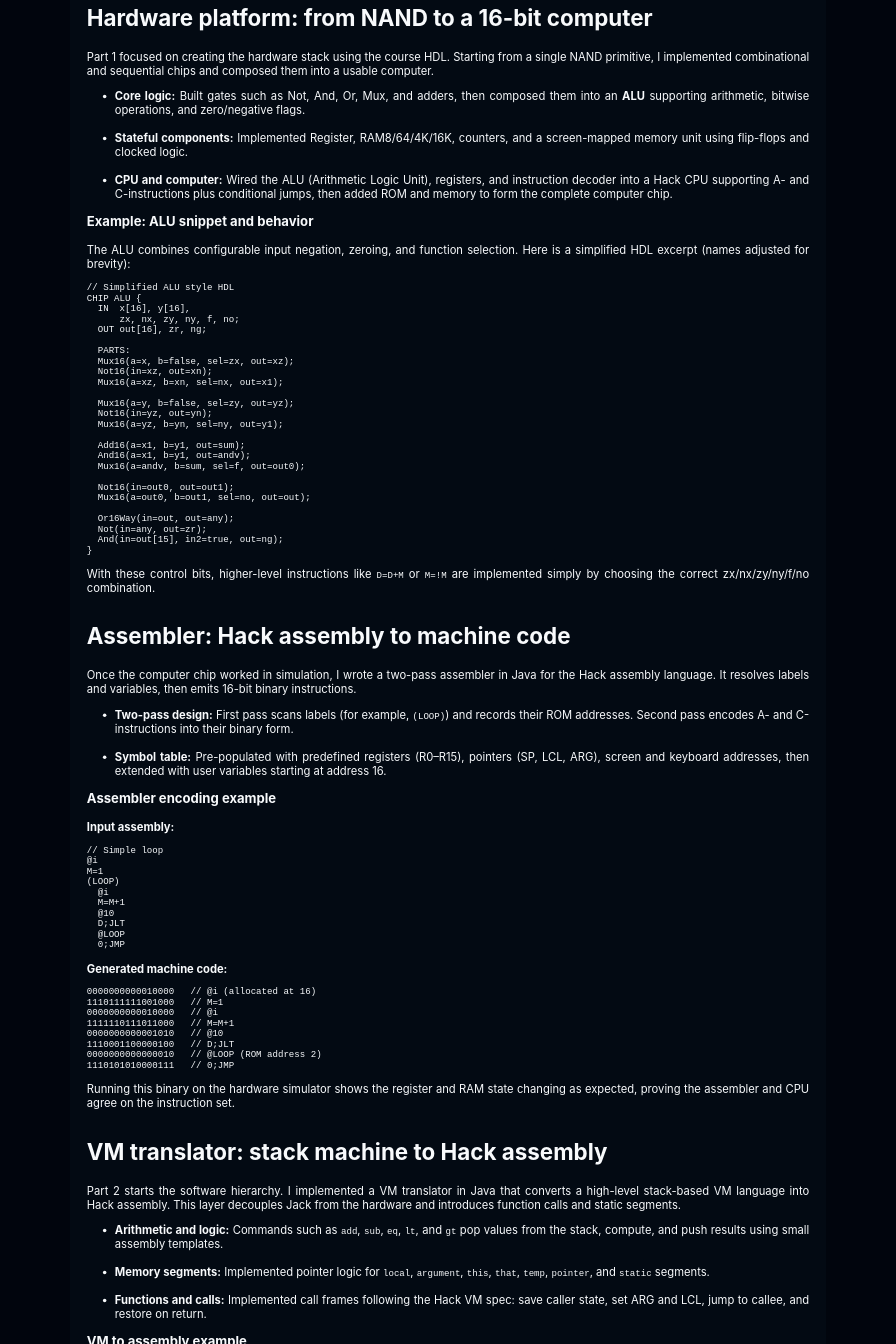
Repository: Abdulaziz-04/Abdulaziz-04.github.io
Page: deepdives/backend_systems/nand2tetris/nand2tetris.html
The author's editor kept a copy of each file at every save. The page is drawn from the files as they stood at one save, then again after the next save.
The browser window is 1280 px wide. The pictures show the part of the page from y = 1438 to 3358 px (the page is 5911 px tall before and 5931 px after), at 70% of full size.

Above is the page before, as saved 2025-11-20 17:42:35.

### deepdives/backend_systems/nand2tetris/nand2tetris.html
<!DOCTYPE html>
<html lang="en">
  <head>
    <meta charset="UTF-8" />
    <meta name="viewport" content="width=device-width, initial-scale=1" />
    <title>
      From Nand to Tetris: Building a Computer and Compiler from Scratch
    </title>
    <link rel="stylesheet" href="../../../assets/css/styles.css" />
  </head>

  <body class="project-detail-page">
    <header class="detail-hero">
      <a
        class="category-back"
        href="../../../projects/compiler-blockchain.html"
      >
        &larr; Back to Projects
      </a>

      <p class="category-pill">Backend &amp; Distributed Logic</p>
      <br />
      <h1>
        From Nand to Tetris: Building a Computer and Compiler from Scratch
      </h1>

      <p class="detail-summary">
        <b>
          Two–part systems project where I built a full 16-bit computer,
          assembler, virtual machine, and compiler from primitive NAND gates.
          The stack ends in a high-level language called Jack that runs on the
          hardware I designed.
        </b>
      </p>

      <p class="detail-summary">
        I completed all projects for both Coursera courses
        <i>“Build a Modern Computer from First Principles: Part 1 and Part 2”</i
        >, submitted every assignment, scored <b>98%</b> overall, and earned
        both certifications.
      </p>

      <ul class="detail-meta">
        <br />
        <li>
          <strong>Tech Stack:</strong>
          Hardware Description Language (HDL), Hack assembly, Jack language,
          Java (assembler, VM translator, compiler), shell tooling, hardware and
          VM emulators
        </li>
      </ul>
    </header>

    <main class="section detail-content">
      <!-- HERO IMAGE -->
      <section class="detail-section detail-hero-gif">
        <figure class="gallery-item gallery-item--wide">
          <img
            src="./images/nand2tetris_intro.png"
            alt="Hardware and software hierarchy from NAND gate up to high level language"
          />
          <figcaption style="text-align: center">
            The full stack I implemented: from a single NAND gate to logic
            chips, CPU, assembler, VM, and Jack compiler running user programs.
          </figcaption>
        </figure>
      </section>

      <!-- QUICK INSIGHTS -->
      <section class="detail-section">
        <h2>Quick insights</h2>
        <ul class="psr-list">
          <li>
            <strong>Goal:</strong>
            Design a full computer system from the logic-gate level and build a
            usable high-level language (Jack) plus a compiler and toolchain that
            runs games and apps on that hardware.
          </li>
          <br />
          <li>
            <strong>Scope:</strong>
            Implemented over <b>30+</b> hardware chips in HDL, a
            <b>16-bit Hack CPU and memory system</b>, a two-stage software stack
            (assembler and VM translator), and a multi-pass Jack compiler.
          </li>
          <br />
          <li>
            <strong>Outcome:</strong>
            The final system runs full Jack programs such as Tetris and a simple
            operating system (arrays, math library, memory manager), compiled by
            my Java tools down to Hack machine language that executes on the
            hardware I built.
          </li>
        </ul>
      </section>

      <!-- HARDWARE PLATFORM -->
      <section class="detail-section">
        <h2>Hardware platform: from NAND to a 16-bit computer</h2>
        <p>
          Part 1 focused on creating the hardware stack using the course HDL.
          Starting from a single NAND primitive, I implemented combinational and
          sequential chips and composed them into a usable computer.
        </p>

        <ul>
          <li>
            <b>Core logic:</b> Built gates such as Not, And, Or, Mux, and
            adders, then composed them into an <b>ALU</b> supporting arithmetic,
            bitwise operations, and zero/negative flags.
          </li>
          <br />
          <li>
            <b>Stateful components:</b> Implemented Register, RAM8/64/4K/16K,
            counters, and a screen-mapped memory unit using flip-flops and
            clocked logic.
          </li>
          <br />
          <li>
            <b>CPU and computer:</b> Wired the ALU (Arithmetic Logic Unit),
            registers, and instruction decoder into a Hack CPU supporting A- and
            C-instructions plus conditional jumps, then added ROM and memory to
            form the complete computer chip.
          </li>
        </ul>

        <h3>Example: ALU snippet and behavior</h3>
        <p>
          The ALU combines configurable input negation, zeroing, and function
          selection. Here is a simplified HDL excerpt (names adjusted for
          brevity):
        </p>

        <pre><code>// Simplified ALU style HDL
CHIP ALU {
  IN  x[16], y[16],
      zx, nx, zy, ny, f, no;
  OUT out[16], zr, ng;

  PARTS:
  Mux16(a=x, b=false, sel=zx, out=xz);
  Not16(in=xz, out=xn);
  Mux16(a=xz, b=xn, sel=nx, out=x1);

  Mux16(a=y, b=false, sel=zy, out=yz);
  Not16(in=yz, out=yn);
  Mux16(a=yz, b=yn, sel=ny, out=y1);

  Add16(a=x1, b=y1, out=sum);
  And16(a=x1, b=y1, out=andv);
  Mux16(a=andv, b=sum, sel=f, out=out0);

  Not16(in=out0, out=out1);
  Mux16(a=out0, b=out1, sel=no, out=out);

  Or16Way(in=out, out=any);
  Not(in=any, out=zr);
  And(in=out[15], in2=true, out=ng);
}</code></pre>

        <p>
          With these control bits, higher-level instructions like
          <code>D=D+M</code> or <code>M=!M</code> are implemented simply by
          choosing the correct zx/nx/zy/ny/f/no combination.
        </p>
      </section>

      <!-- ASSEMBLER -->
      <section class="detail-section">
        <h2>Assembler: Hack assembly to machine code</h2>
        <p>
          Once the computer chip worked in simulation, I wrote a two-pass
          assembler in Java for the Hack assembly language. It resolves labels
          and variables, then emits 16-bit binary instructions.
        </p>

        <ul>
          <li>
            <b>Two-pass design:</b> First pass scans labels (for example,
            <code>(LOOP)</code>) and records their ROM addresses. Second pass
            encodes A- and C-instructions into their binary form.
          </li>
          <br />
          <li>
            <b>Symbol table:</b> Pre-populated with predefined registers
            (R0–R15), pointers (SP, LCL, ARG), screen and keyboard addresses,
            then extended with user variables starting at address 16.
          </li>
        </ul>

        <h3>Assembler encoding example</h3>

        <div class="code-pair">
          <div>
            <p><b>Input assembly:</b></p>
            <pre><code>// Simple loop
@i
M=1
(LOOP)
  @i
  M=M+1
  @10
  D;JLT
  @LOOP
  0;JMP</code></pre>
          </div>

          <div>
            <p><b>Generated machine code:</b></p>
            <pre><code>0000000000010000   // @i (allocated at 16)
1110111111001000   // M=1
0000000000010000   // @i
1111110111011000   // M=M+1
0000000000001010   // @10
1110001100000100   // D;JLT
0000000000000010   // @LOOP (ROM address 2)
1110101010000111   // 0;JMP</code></pre>
          </div>
        </div>

        <p>
          Running this binary on the hardware simulator shows the register and
          RAM state changing as expected, proving the assembler and CPU agree on
          the instruction set.
        </p>
      </section>

      <!-- VM TRANSLATOR -->
      <section class="detail-section">
        <h2>VM translator: stack machine to Hack assembly</h2>
        <p>
          Part 2 starts the software hierarchy. I implemented a VM translator in
          Java that converts a high-level stack-based VM language into Hack
          assembly. This layer decouples Jack from the hardware and introduces
          function calls and static segments.
        </p>

        <ul>
          <li>
            <b>Arithmetic and logic:</b> Commands such as <code>add</code>,
            <code>sub</code>, <code>eq</code>, <code>lt</code>, and
            <code>gt</code> pop values from the stack, compute, and push results
            using small assembly templates.
          </li>
          <br />
          <li>
            <b>Memory segments:</b> Implemented pointer logic for
            <code>local</code>, <code>argument</code>, <code>this</code>,
            <code>that</code>, <code>temp</code>, <code>pointer</code>, and
            <code>static</code> segments.
          </li>
          <br />
          <li>
            <b>Functions and calls:</b> Implemented call frames following the
            Hack VM spec: save caller state, set ARG and LCL, jump to callee,
            and restore on return.
          </li>
        </ul>

        <h3>VM to assembly example</h3>

        <div class="code-pair">
          <div>
            <p><b>Input VM snippet:</b></p>
            <pre><code>function Simple.addTwo 0
push argument 0
push constant 2
add
return</code></pre>
          </div>
          <div>
            <p><b>Generated Hack assembly (excerpt):</b></p>
            <pre><code>// function Simple.addTwo 0
(Simple.addTwo)
  // push argument 0
  @ARG
  D=M
  @0
  A=D+A
  D=M
  @SP
  A=M
  M=D
  @SP
  M=M+1
  // push constant 2
  @2
  D=A
  @SP
  A=M
  M=D
  @SP
  M=M+1
  // add
  @SP
  M=M-1
  A=M
  D=M
  @SP
  M=M-1
  A=M
  M=M+D
  @SP
  M=M+1
  // return ...
</code></pre>
          </div>
        </div>

        <p>
          These templates are reused across all Jack programs, making the VM
          translator a key abstraction boundary between language and hardware.
        </p>
      </section>

      <!-- JACK COMPILER -->
      <section class="detail-section">
        <h2>Jack compiler: high-level language on custom hardware</h2>
        <p>
          The final stage was a full compiler pipeline for the Jack language,
          written in Java. Jack is a Java-like language with classes, methods,
          fields, arrays, and basic control flow. The compiler targets the stack
          VM, which my translator then lowers to Hack assembly.
        </p>

        <ul>
          <li>
            <b>Front-end:</b> A tokenizer converts characters into tokens
            (keywords, identifiers, symbols, integers, strings). A recursive
            descent parser (CompilationEngine) walks the grammar and emits VM
            commands while constructing and consulting symbol tables.
          </li>
          <br />
          <li>
            <b>Symbol tables:</b> Separate tables for class-level and subroutine
            scope track identifiers, their kind (field, static, local,
            argument), and index. This allows fields of each instance to map
            cleanly to memory segments.
          </li>
          <br />
          <li>
            <b>Code generation:</b> Control structures such as if/while use
            generated labels, while expressions and terms emit stack operations
            that match the VM semantics.
          </li>
        </ul>

        <h3>Example: compiling a Jack method</h3>

        <div class="code-pair">
          <div>
            <p><b>Input Jack code:</b></p>
            <pre><code>class Counter {
  field int value;

  method void inc(int delta) {
    let value = value + delta;
    return;
  }
}</code></pre>
          </div>
          <div>
            <p><b>Generated VM code:</b></p>
            <pre><code>// method Counter.inc 1
function Counter.inc 1
  // push this.value
  push argument 0     // this
  pop pointer 0       // this -> THIS
  push this 0
  // push delta
  push argument 1
  add
  pop this 0
  push constant 0
  return</code></pre>
          </div>
        </div>

        <p>
          Running this through the VM translator and assembler produces Hack
          machine code that manipulates the <code>value</code> field stored in
          the heap area controlled by the OS memory manager.
        </p>

        <h3>Example: parsing expressions in Java</h3>
        <p>
          The recursive descent compiler uses small focused methods that mirror
          the grammar. For example, expression compilation handles operator
          precedence and emits VM operations as it walks the parse tree.
        </p>

        <pre><code>// Simplified Java-style excerpt
private void compileExpression() {
  compileTerm();
  while (tokenIsOneOf("+", "-", "*", "/", "&amp;", "|", "&lt;", "&gt;", "=")) {
    String op = currentToken();
    advance();
    compileTerm();
    writeArithmetic(op);  // maps '+' to 'add', '&lt;' to 'lt', etc.
  }
}</code></pre>

        <p>
          This design keeps the compiler readable and makes it easy to trace
          from Jack source through VM and assembly when debugging.
        </p>
      </section>

      <!-- END-TO-END PIPELINE -->
      <section class="detail-section">
        <h2>End-to-end pipeline and final programs</h2>
        <p>
          With the full pipeline in place, I compiled and ran several Jack
          applications, including the supplied Tetris, a simple OS API, and my
          own small programs that manipulate memory, draw graphics, and handle
          keyboard input.
        </p>

        <ul>
          <li>
            <b>End-to-end flow:</b> Jack source → Java compiler → VM code → Java
            VM translator → Hack assembly → Java assembler → 16-bit machine code
            → executed on the computer built from NAND gates.
          </li>
          <br />
          <li>
            <b>Debugging:</b> Used the hardware and VM simulators to step
            through instructions, inspect RAM and stack, and validate that
            higher-level bugs were not caused by lower-level hardware mistakes.
          </li>
        </ul>
      </section>

      <!-- IMPACT & LEARNINGS -->
      <section class="detail-section detail-impact">
        <h2>Impact and learnings</h2>
        <ul>
          <li>
            <b>Systems thinking:</b> Gained a concrete understanding of how
            compilers, virtual machines, and hardware interact, instead of
            treating them as black boxes.
          </li>
          <br />
          <li>
            <b>Compiler and language design:</b> Implemented a real compiler
            front-end and back-end, including lexical analysis, parsing, symbol
            tables, and code generation for a custom language.
          </li>
          <br />
          <li>
            <b>Hardware intuition:</b> Designing the ALU, CPU, and memory from
            primitive gates sharpened my intuition for performance, instruction
            set design, and the cost of different operations.
          </li>
          <br />
          <li>
            <b>Reliability through abstraction:</b> Each layer (HDL chips,
            assembler, VM, compiler) had a clear contract and test suite, which
            made debugging manageable despite how much was built from scratch.
          </li>
        </ul>
      </section>
    </main>
  </body>
</html>

Loaded but not shown: assets/css/styles.css (941 lines, source omitted)

After the next save:
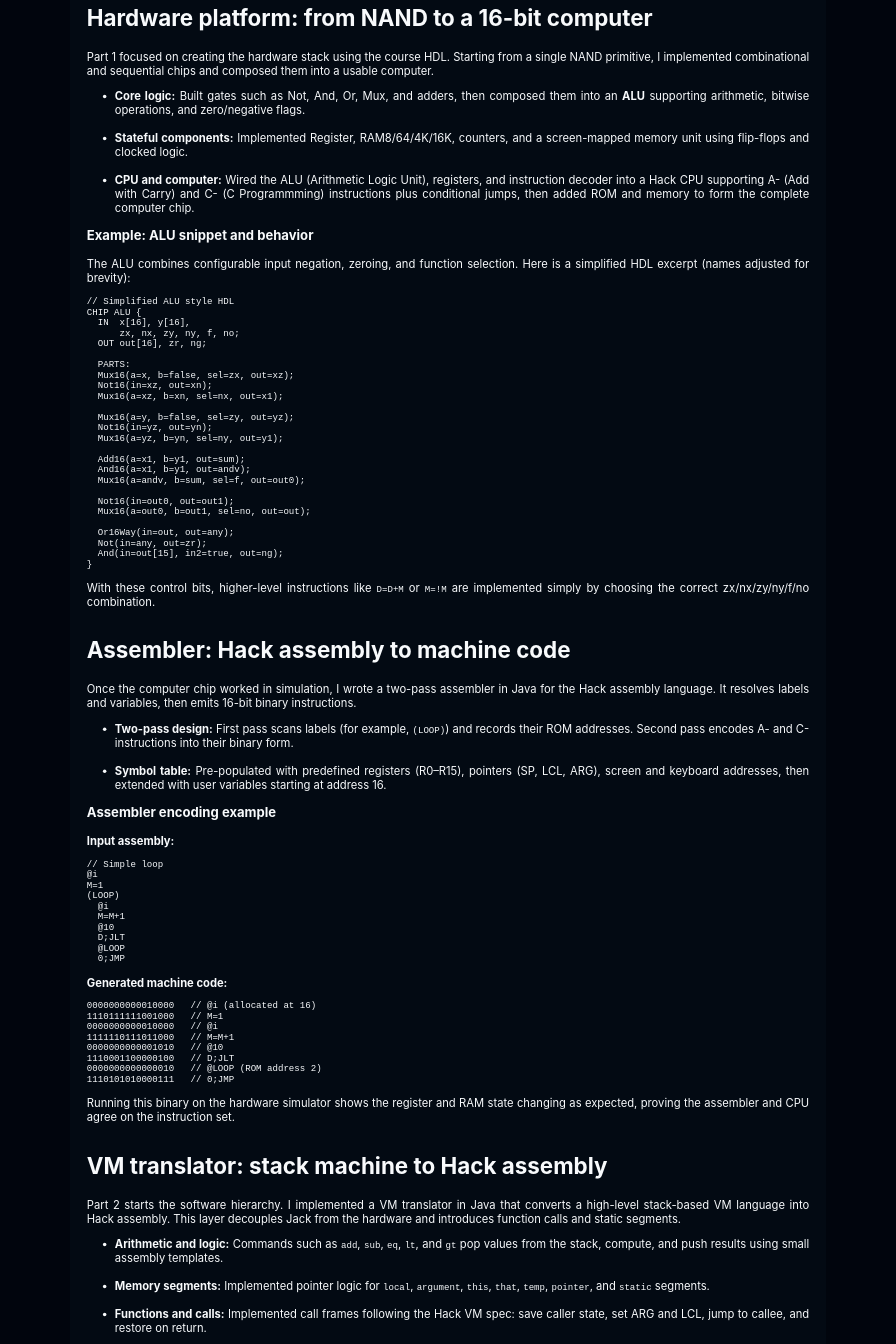
Saved 60 s later.
--- a/deepdives/backend_systems/nand2tetris/nand2tetris.html
+++ b/deepdives/backend_systems/nand2tetris/nand2tetris.html
@@ -118,9 +118,10 @@
           <br />
           <li>
             <b>CPU and computer:</b> Wired the ALU (Arithmetic Logic Unit),
-            registers, and instruction decoder into a Hack CPU supporting A- and
-            C-instructions plus conditional jumps, then added ROM and memory to
-            form the complete computer chip.
+            registers, and instruction decoder into a Hack CPU supporting A-
+            (Add with Carry) and C- (C Programmming) instructions plus
+            conditional jumps, then added ROM and memory to form the complete
+            computer chip.
           </li>
         </ul>
 
